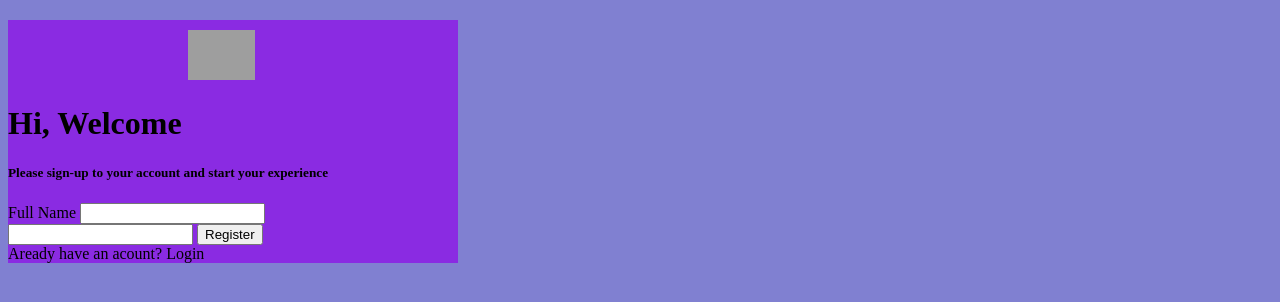
Repository: KingBoyMaylow/movie-task
Page: index.html
An editor plug-in stored every save of this project. The page is shown before and after the next save, followed by the edit.
The browser window is 1280 px wide. The pictures show the whole page.
Pictures or frames that could not be fetched are drawn as grey boxes.

Above is the page before, as saved 2024-05-20 08:30:37.

### index.html
<!DOCTYPE html>
<html>
<head>
    <link rel="stylesheet" href="html.css">
  <title>document</title>
</head>
<body>
    <div class="sign-up-div">
        <img src="download.png" alt="div">
        <h1>Hi, Welcome</h1>
  <h5>Please sign-up to your account and start your experience</h5>

  <form action="signup.php" method="post">
    <label for="Full Name">Full Name</label>
    <input type="text" id="Full Name" name="Full Name" required><br>

    <label form="email"></label>
    <input type="email" name="email"id="email">




    <input type="submit" value="Register">
  </form>
  <span>Aready have an acount?</span> <span>Login</span>
    </div>

</form>
</body>
</html>

### html.css
body{
    background-color:  rgb(128, 128, 209);
}
.sign-up-div{
    background-color: blueviolet;
    width: 450px;
    margin-top: 20px;
}
img{
    height: 50px;
    cursor: pointer;
    margin-left: 40%;
    margin-top: 10px;
}

After the next save:
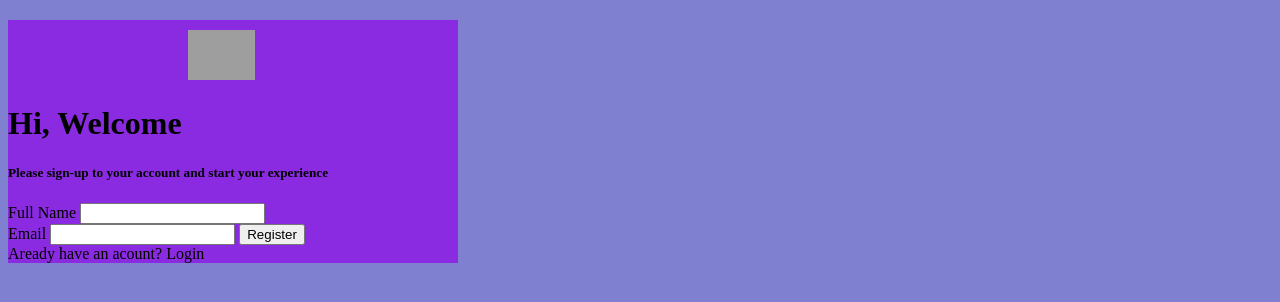
Saved 21 s later.
--- a/index.html
+++ b/index.html
@@ -14,7 +14,7 @@
     <label for="Full Name">Full Name</label>
     <input type="text" id="Full Name" name="Full Name" required><br>
 
-    <label form="email"></label>
+    <label form="email">Email</label>
     <input type="email" name="email"id="email">
 
 
